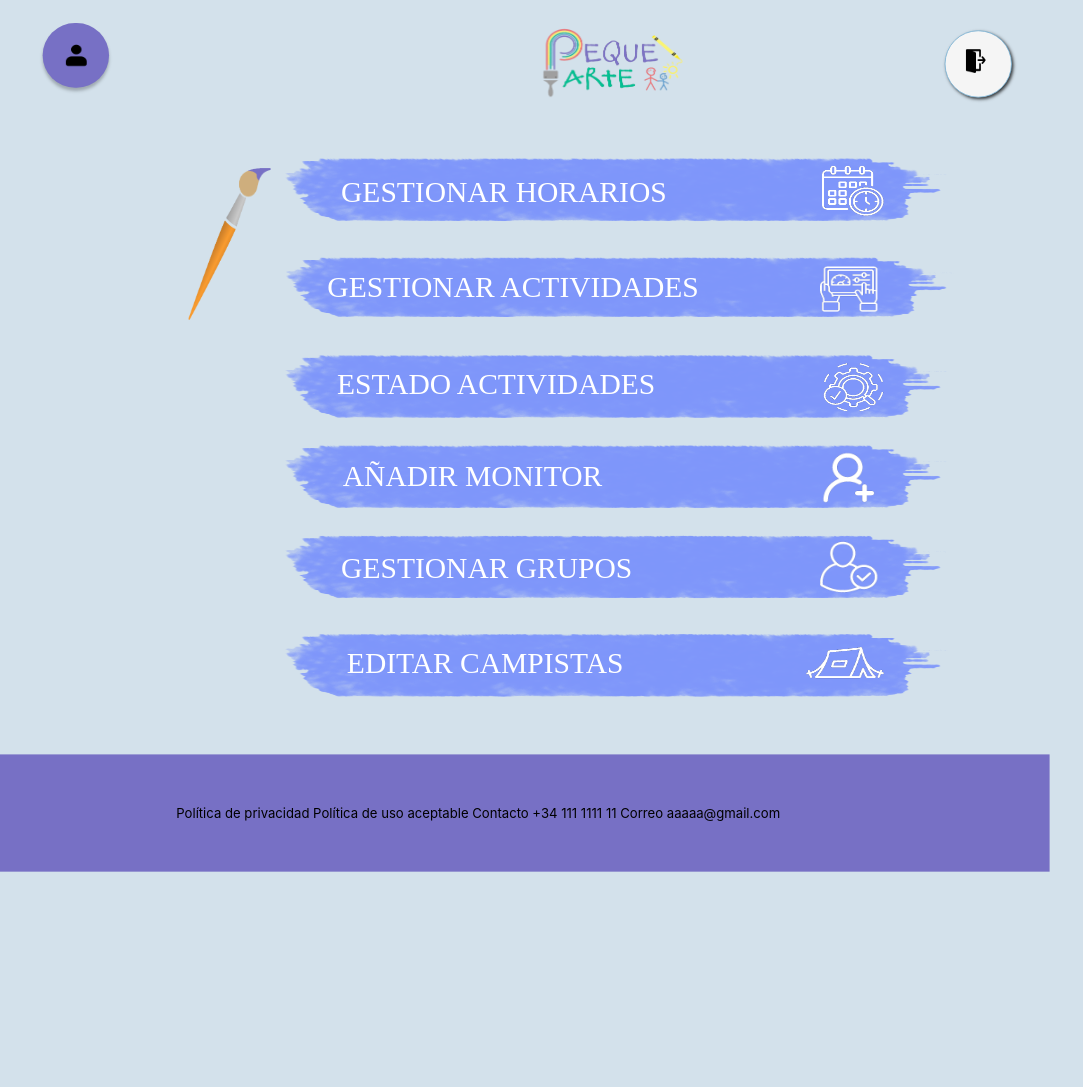
Repository: maariadomiingo/Proyecto-Integrador-Campamento
Page: html/interfaz_coordinador.html
These files come from the project's save history. The page is drawn as it stood at one moment and after a run of saves; the edit follows.
The browser window is 1280 px wide. The page is 1321 px wide, so the pictures cover 1321 px, including what lies to the right of the window. The pictures show the whole page, at 82% of full size.

Above is the page before, as saved 2025-02-05 11:49:41.

### html/interfaz_coordinador.html
<!DOCTYPE html>
<html lang="es">
  <head>
    <meta charset="UTF-8" />
    <meta name="viewport" content="width=device-width, initial-scale=1.0" />
    <title>Documento</title>
    <link rel="stylesheet" href="../css/interfaz_coordinador.css" />
  </head>
  <body>
    <div class="contenedor">
      <div class="fondo"></div>
      <div class="circulo"></div>
      <img class="icono-usuario" src="../img/user.png" />
      <div class="circulo-salir"></div>
      <img class="icono-salir" src="../img/cerrar-sesion.png" />
      <div class="pie-de-pagina"></div>
      <div class="texto-pie-de-pagina">
        Política de privacidad Política de uso aceptable Contacto +34 111 1111
        11 Correo aaaaa@gmail.com
      </div>
      <div class="div-vacio"></div>
      <img class="trazo-pincel-1" src="../img/trazo-pincel.png" />
      <img class="trazo-pincel-2" src="../img/trazo-pincel.png" />
      <img class="trazo-pincel-3" src="../img/trazo-pincel.png" />
      <div class="agregar-monitor">
        <div class="texto-agregar-monitor">AÑADIR MONITOR</div>
      </div>
      <img class="icono-añadirMonitor" src="../img/anadir.png" />

      <img class="icono-estado-actividades" src="../img/actividades.png" />
      <img class="trazo-pincel-4" src="../img/trazo-pincel.png" />
      <div class="estado-actividades">
        <div class="texto-estado-actividades">ESTADO ACTIVIDADES</div>

      </div>


      <div class="gestionar-actividades">
        <img class="trazo-pincel-5" src="../img/trazo-pincel.png" />
        <div class="texto-gestionar-actividades">GESTIONAR ACTIVIDADES</div>
       </div>
       <img class="icono-actividades" src="../img/administrar.png" />

      <img class="pincel" src="../img/pincel.png" />
      <div class="div-vacio-2"></div>

<!--       GESTIONAR HORARIOS-->
       <img class="trazo-pincel-6" src="../img/trazo-pincel.png" class="imagen-horarios" />
      <div class="gestionar-horarios">
        <div class="texto-gestionar-horarios">GESTIONAR HORARIOS</div>
      </div>
      <img class="icono-horario" src="../img/calendario.png" />

      <img class="logo" src="../img/logo sin fondo.png" />
      <img class="icono-campistas" src="../img/campistas.png" />

      <div class="editar-campistas">EDITAR CAMPISTAS</div>

      <div class="gestionar-grupos">GESTIONAR GRUPOS</div>
      <img class="icon-gestionarGrupos" src="../img/pasarlista.png" />
      </div>
    </div>
  </body>
</html>

### css/interfaz_coordinador.css
body {
  margin: 0;
  padding: 0;
  font-family: Arial, sans-serif;
  background: #D3E1EB;
  width: 100%; /* Ocupa el 100% del ancho de la pantalla */
  overflow-x: hidden; /* Evita el desplazamiento horizontal */
}

.circulo {
  width: 81px;
  height: 79px;
  left: 52px;
  top: 28px;
  position: absolute;
  background: #7770C5;
  box-shadow: 0px 4px 4px rgba(0, 0, 0, 0.25);
  border-radius: 9999px;
}

.icono-usuario {
  width: 34px;
  height: 31px;
  left: 76px;
  top: 52px;
  position: absolute;
}

.circulo-salir {
  width: 80px;
  height: 80px;
  left: 90%;
  top: 37px;
  position: absolute;
  background: #F5F5F5;
  box-shadow: 2px 2px 4px rgba(0, 0, 0, 0.75);
  border-radius: 9999px;
  border: 1px #7AB3D7 solid;
}

.icono-salir {
  left: 92%;
  top: 60px;
  width: 24px;
  height: 29px;
  position: absolute;
}

.pie-de-pagina {
  width: 100%; /* Ajusta el ancho al 100% del viewport */
  height: 143px;
  left: 0px;
  top: 920px;
  position: absolute;
  background: #7770C5;
}

.texto-pie-de-pagina {
  width: 1009px;
  left: 215px;
  top: 982px;
  position: absolute;
  color: black;
  font-size: 16px;
  font-family: Inter;
  font-weight: 400;
  word-wrap: break-word;
}

.div-vacio {
  width: 407px;
  height: 125px;
  left: 187px;
  top: 300px;
  position: absolute;
}

.trazo-pincel-1,
.trazo-pincel-2,
.trazo-pincel-3,
.trazo-pincel-4,
.trazo-pincel-5,
.trazo-pincel-6 {
  width: 940px;
  height: 400px;
  left: 288px;
  position: absolute;
}

.trazo-pincel-1 { top: 630px; }
.trazo-pincel-2 { top: 510px; }
.trazo-pincel-3 { top: 400px; }
.trazo-pincel-4 { top: 290px; }
.trazo-pincel-5 { top: 510px; }
.trazo-pincel-6 { top: 50px; }

.agregar-monitor {
  width: 955px;
  height: 110px;
  left: 281px;
  top: 516px;
  position: absolute;
}

.agregar-monitor img {
  width: 955px;
  height: 114px;
  left: 0px;
  top: 0px;
  position: absolute;
}

.texto-agregar-monitor {
  width: 455px;
  height: 17.65px;
  left: 137px;
  top: 44px;
  position: absolute;
  color: white;
  font-size: 36px;
  font-family: Montserrat;
  font-weight: 500;
  word-wrap: break-word;
}

.estado-actividades {
  width: 955px;
  height: 114px;
  left: 284px;
  top: 402px;
  position: absolute;
}

.estado-actividades img {
  width: 955px;
  height: 114px;
  left: 0px;
  top: 0px;
  position: absolute;
}

.texto-estado-actividades {
  width: 533px;
  height: 18.30px;
  left: 127px;
  top: 46.41px;
  position: absolute;
  color: white;
  font-size: 36px;
  font-family: Montserrat;
  font-weight: 500;
  word-wrap: break-word;
}

.gestionar-actividades {
  width: 948px;
  height: 134px;
  left: 288px;
  top: 268px;
  position: relative;
}

.gestionar-actividades img {
  width: 948px;
  height: 380px;
  left: 0px;
  top: -90px;
  position: absolute;
}

.texto-gestionar-actividades {
  width: 566.81px;
  height: 21.51px;
  left: 111.19px;
  top: 61.17px;
  position: absolute;
  color: white;
  font-size: 36px;
  font-family: Montserrat;
  font-weight: 500;
  word-wrap: break-word;
}

.pincel {
  width: 100px;
  height: 185px;
  left: 330px;
  top: 390px;
  position: absolute;
  transform: rotate(180deg);
  transform-origin: 0 0;
}

.div-vacio-2 {
  width: 651px;
  height: 863px;
  left: 670px;
  top: 463px;
  position: absolute;
}

.gestionar-horarios {
  width: 962px;
  height: 128px;
  left: 288px;
  top: 152px;
  position: absolute;
}

.gestionar-horarios img {
  width: 962px;
  height: 128px;
  left: 0px;
  top: 0px;
  position: absolute;
}

.imagen-horarios {
  width: 26px;
  height: 256px;
  left: 674.91px;
  top: 44.25px;
  position: absolute;
}

.texto-gestionar-horarios {
  width: 584.25px;
  height: 20.54px;
  left: 127.93px;
  top: 60.84px;
  position: absolute;
  color: white;
  font-size: 36px;
  font-family: Montserrat;
  font-weight: 500;
  word-wrap: break-word;
}

.icono-horario {
  width: 80px;
  height: 65px;
  left: 1000px;
  top: 200px;
  position: absolute;
}

.icono-actividades {
  width: 80px;
  height: 65px;
  left: 1000px;
  top: 440px;
  position: absolute;
}

.icono-gestionar {
  width: 80px;
  height: 65px;
  left: 1000px;
  top: 200px;
  position: absolute;
}

.icono-estado-actividades {
  width: 70px;
  height: 55px;
  left: 1000px;
  top: 325px;
  position: absolute;
  z-index: 1;
}

.icono-añadirMonitor {
  width: 70px;
  height: 65px;
  left: 1000px;
  top: 550px;
  position: absolute;
}

.icon-gestionarGrupos {
  width: 70px;
  height: 63px;
  left: 1000px;
  top: 660px;
  position: absolute;
}

.logo {
  width: 194px;
  height: 103px;
  left: 647px;
  top: 25px;
  position: absolute;
}

.icono-campistas {
  width: 95px;
  height: 80px;
  left: 983px;
  top: 768px;
  position: absolute;
}

.div-vacio-3 {
  width: 100px;
  height: 100px;
  left: 646px;
  top: 210px;
  position: absolute;
}

.editar-campistas {
  width: 455px;
  height: 60px;
  left: 423px;
  top: 788px;
  position: absolute;
  color: white;
  font-size: 36px;
  font-family: Montserrat;
  font-weight: 500;
  word-wrap: break-word;
}

.gestionar-grupos {
  width: 455px;
  height: 17.65px;
  left: 416px;
  top: 672px;
  position: absolute;
  color: white;
  font-size: 36px;
  font-family: Montserrat;
  font-weight: 500;
  word-wrap: break-word;
}

.rectangulo-pequeno {
  width: 69px;
  height: 70px;
  padding-left: 5.75px;
  padding-right: 5.75px;
  padding-top: 17.50px;
  padding-bottom: 17.50px;
  left: 966px;
  top: 655px;
  position: absolute;
  flex-direction: column;
  justify-content: center;
  align-items: center;
  display: inline-flex;
}

.rectangulo-interno {
  width: 57.50px;
  height: 35px;
  background: white;
}

.imagen-pequena-1 {
  width: 77px;
  height: 78px;
}

.imagen-pequena-2 {
  width: 77px;
  height: 73px;
}

.imagen-pequena-3 {
  width: 46px;
  height: 49px;
}

After the next 2 saves:
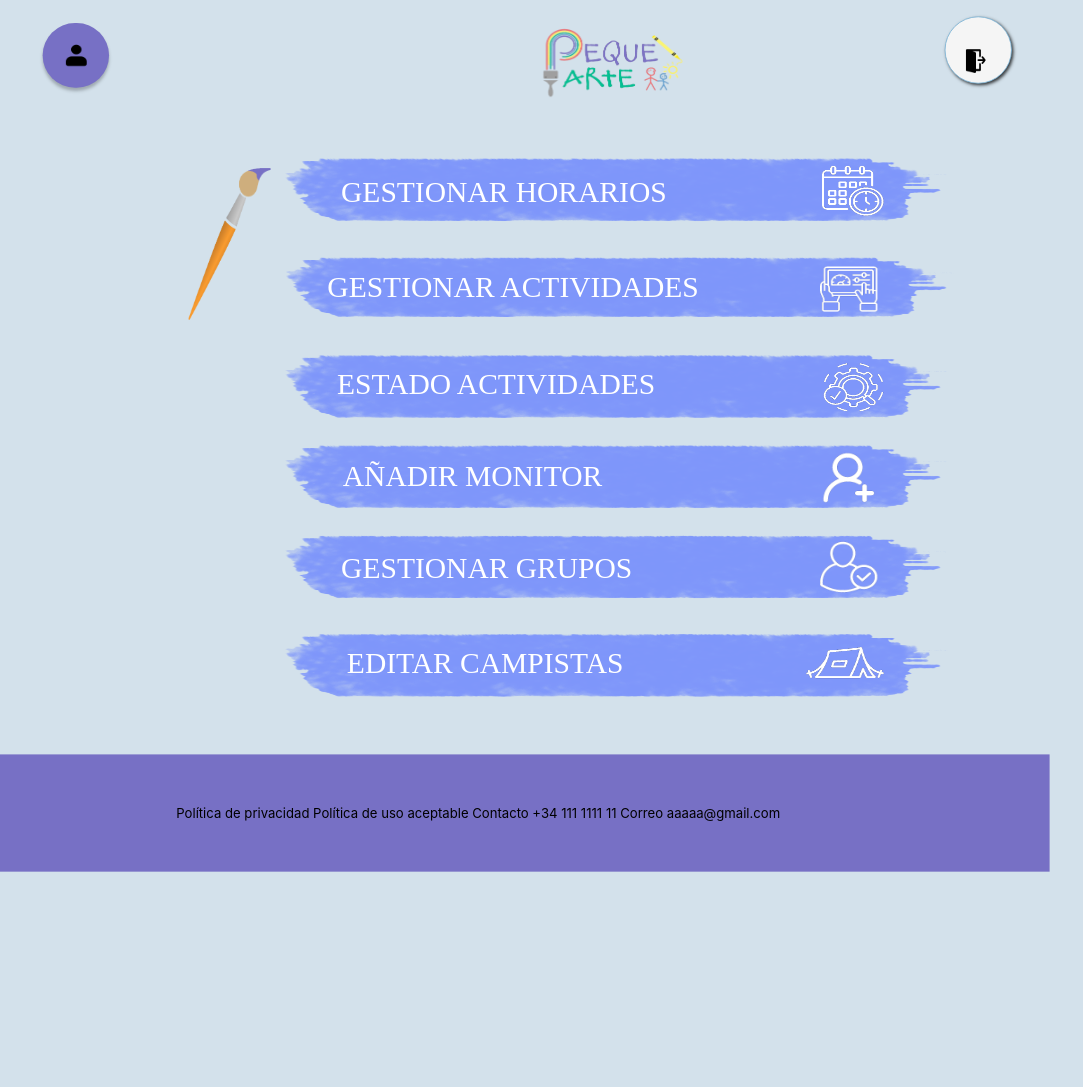
The 2 saves are shown as one change because they came seconds apart.
The last was saved 43 s later.
--- a/css/interfaz_coordinador.css
+++ b/css/interfaz_coordinador.css
@@ -30,7 +30,7 @@ body {
   width: 80px;
   height: 80px;
   left: 90%;
-  top: 37px;
+  top: 20px;
   position: absolute;
   background: #F5F5F5;
   box-shadow: 2px 2px 4px rgba(0, 0, 0, 0.75);
